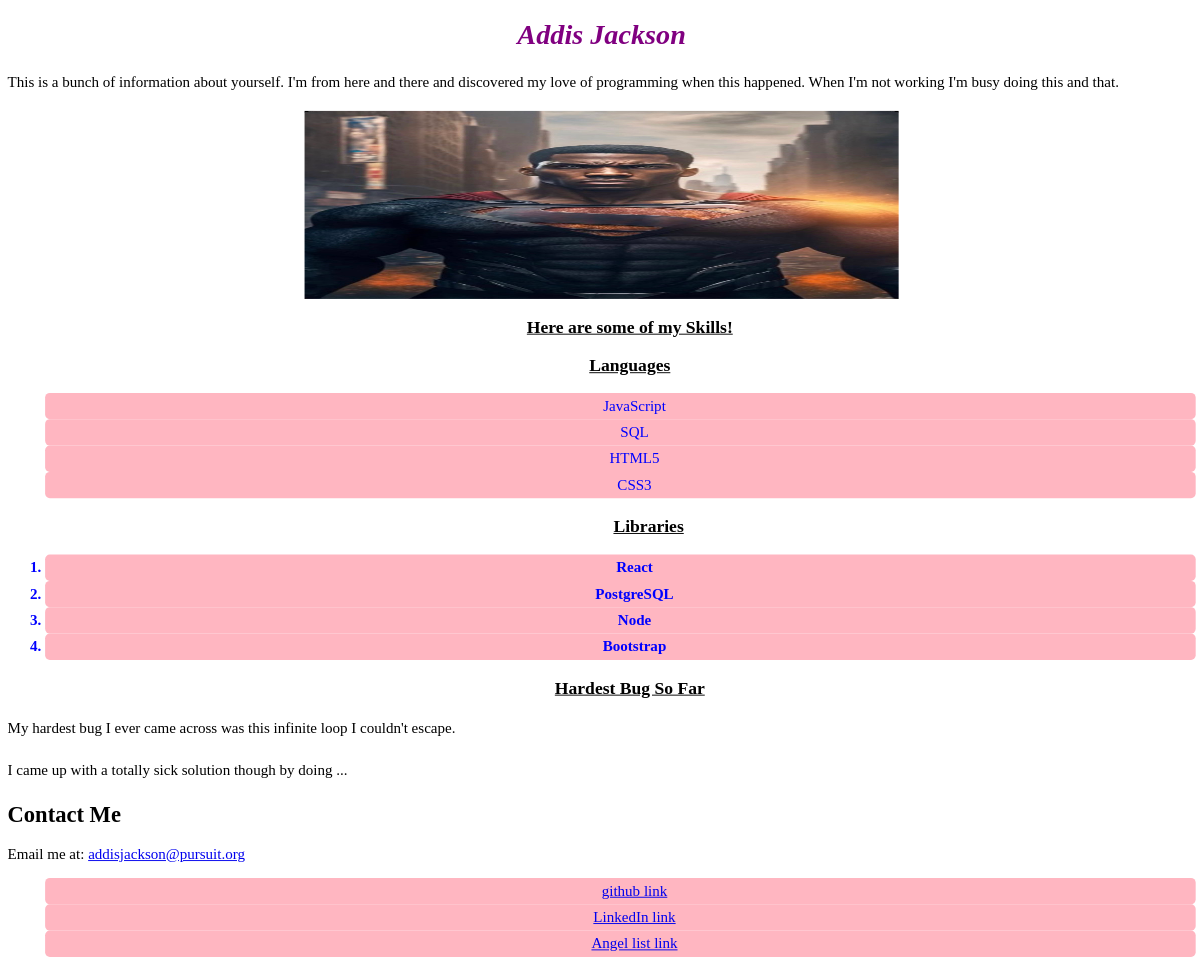
Repository: 10-2-pursuit/lab-intro-to-css
Page: index.html
The author's editor kept a copy of each file at every save. The page is drawn from the files as they stood at one save, then again after the next save.
The browser window is 1280 px wide. The pictures show the whole page, at 94% of full size.

Above is the page before, as saved 2023-06-14 21:36:18.

After the next save:
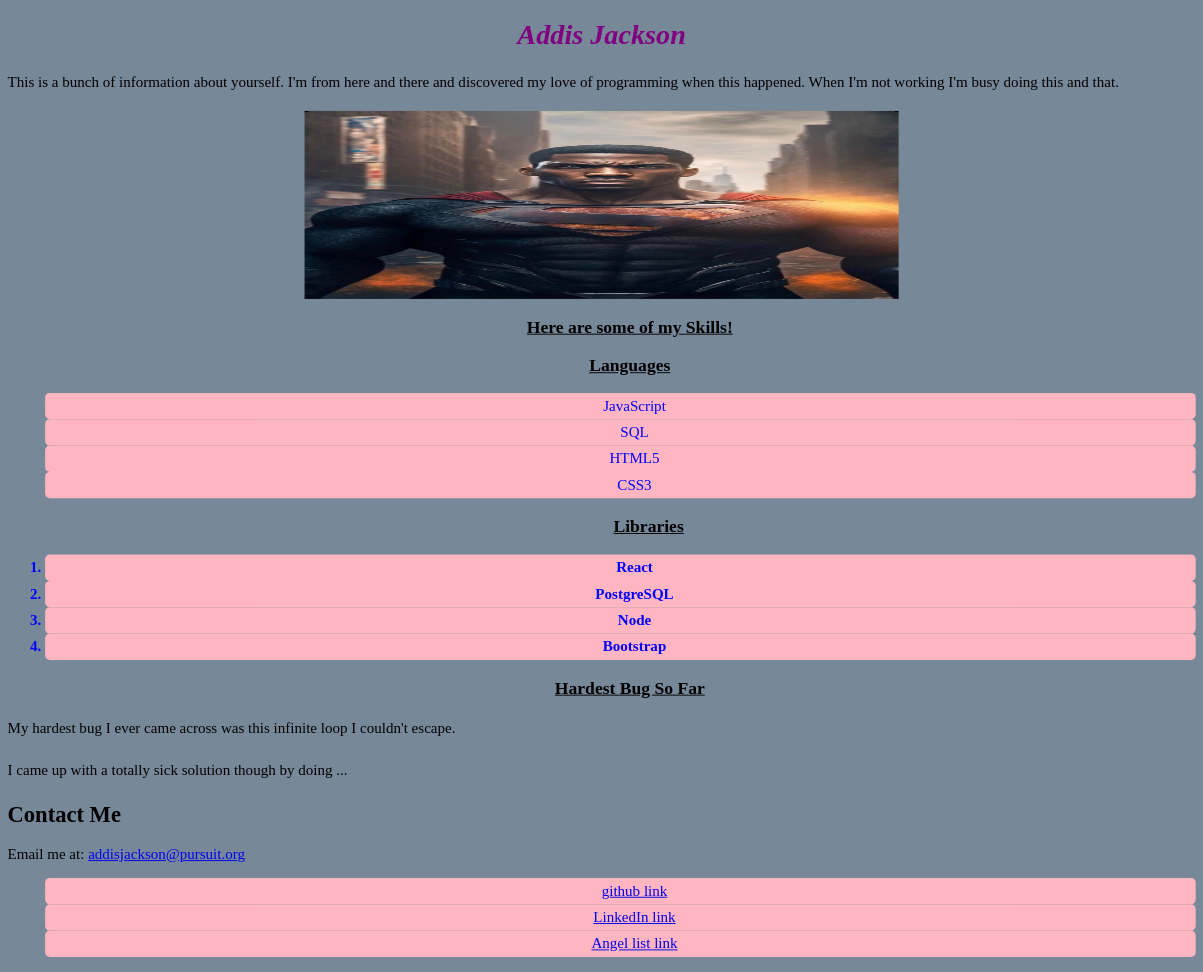
Saved 26 s later.
--- a/index.html
+++ b/index.html
@@ -8,7 +8,7 @@
     <div>
     <style>
           body {font-family: san-serif;
-                background-color: ligth}
+                background-color: lightslategrey}
 
           #name {font-family: fantasy;
                  font-style: italic;
